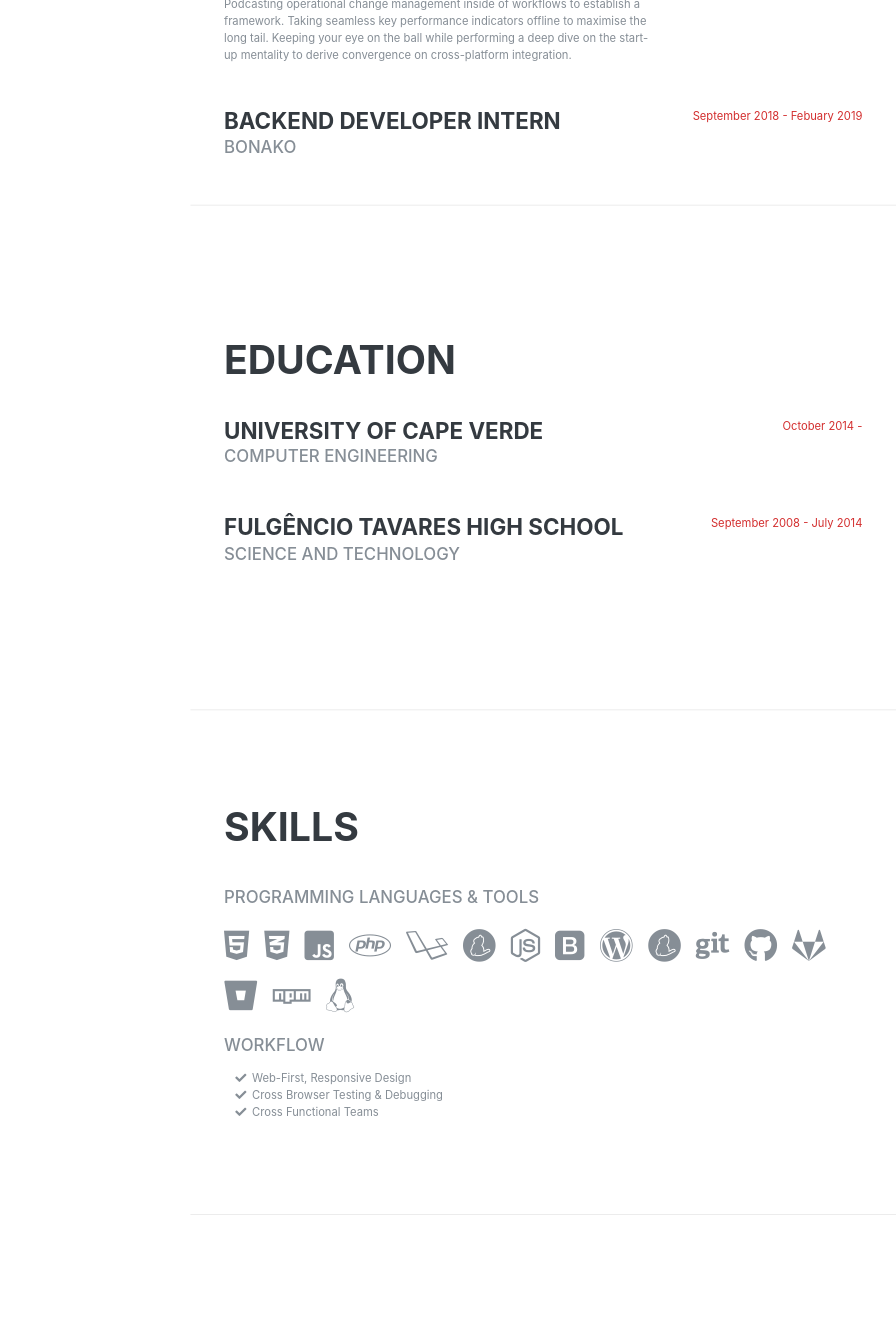
Repository: kcfurtado/kcfurtado.github.io
Page: index.html
The author's editor kept a copy of each file at every save. The page is drawn from the files as they stood at one save, then again after the next save.
The browser window is 1280 px wide. The pictures show the part of the page from y = 1481 to 3401 px (the page is 3938 px tall before and 4126 px after), at 70% of full size.
Some web fonts or font styles are not loaded; a fallback is used.

Above is the page before, as saved 2020-04-04 10:47:15.

After the next save:
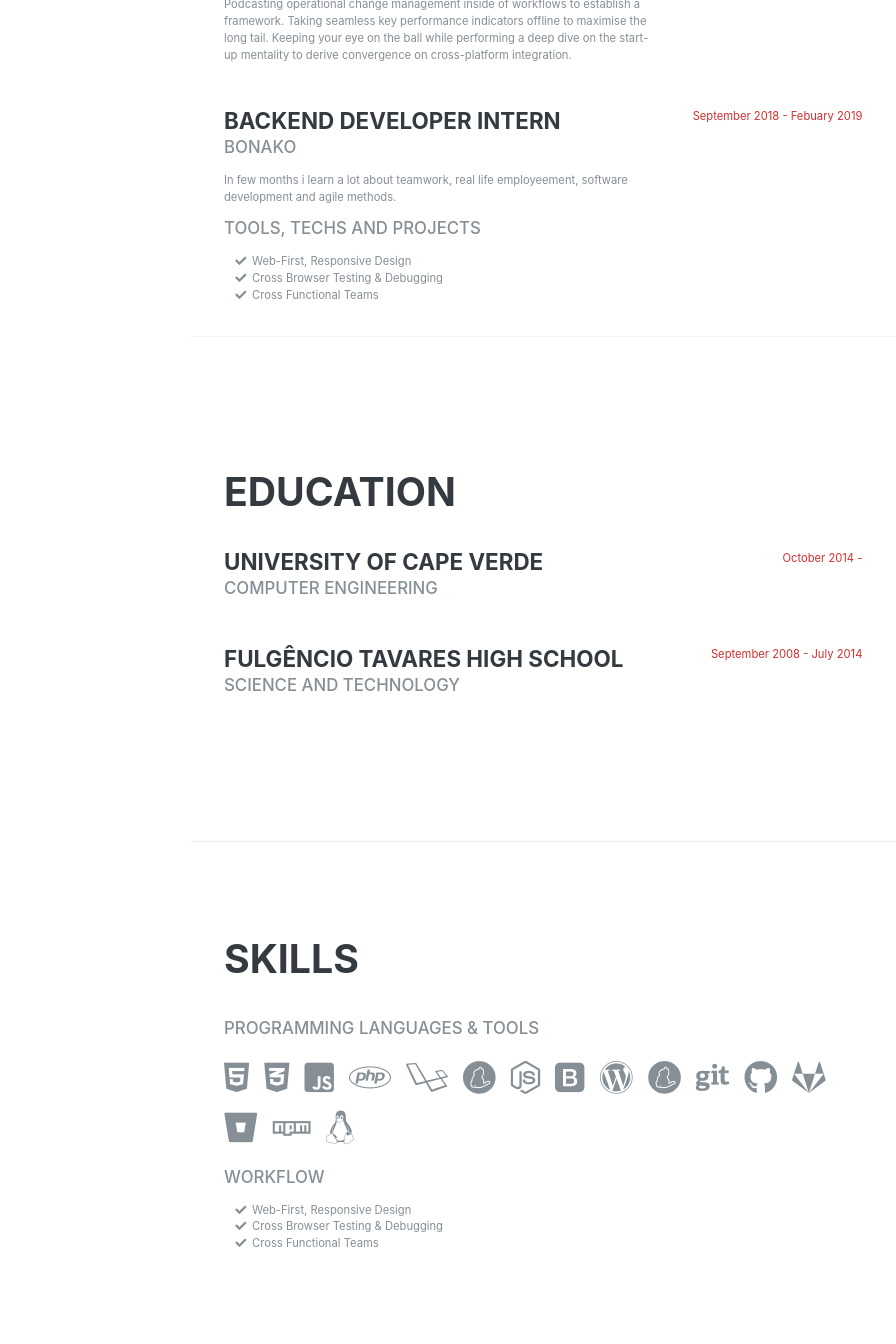
Saved 3 min 50 s later.
--- a/index.html
+++ b/index.html
@@ -130,7 +130,22 @@
           <div class="resume-content">
             <h3 class="mb-0">Backend Developer Intern</h3>
             <div class="subheading mb-3">Bonako</div>
-            <p> </p>
+            <p> In few months i learn a lot about teamwork, real life employeement, software development and agile methods.</p>
+            <div class="subheading mb-3">Tools, Techs and projects</div>
+            <ul class="fa-ul mb-0">
+              <li>
+                <i class="fa-li fa fa-check"></i>
+                Web-First, Responsive Design</li>
+              <li>
+                <i class="fa-li fa fa-check"></i>
+                Cross Browser Testing &amp; Debugging</li>
+              <li>
+                <i class="fa-li fa fa-check"></i>
+                Cross Functional Teams</li>
+              <!--<li>
+                <i class="fa-li fa fa-check"></i>
+                Agile Development &amp; Scrum</li>-->
+            </ul>
           </div>
           <div class="resume-date text-md-right">
             <span class="text-primary">September 2018 - Febuary 2019</span>
